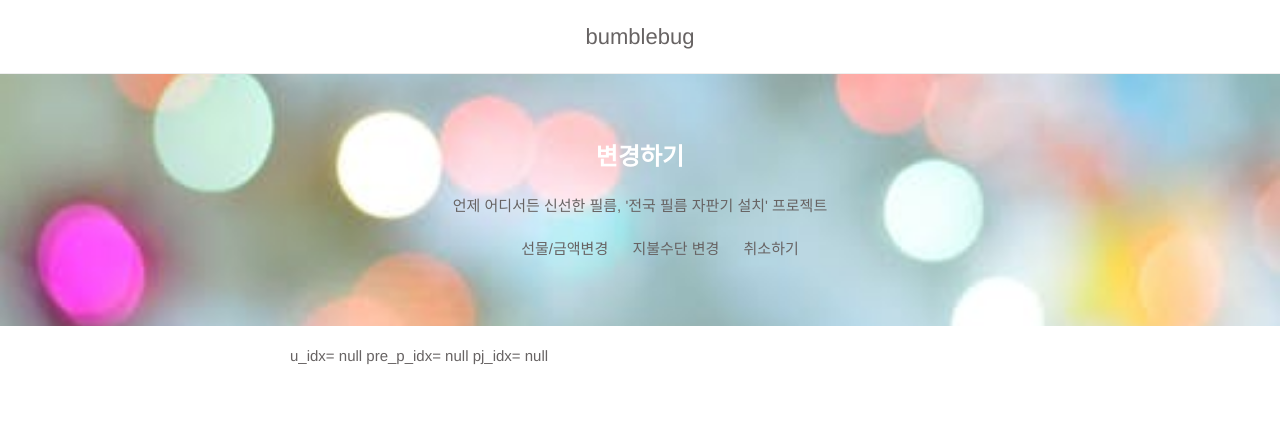
Repository: fepanbr/bumblbug
Page: http://localhost/WebProject/Mypage/changeItem.jsp
An editor plug-in stored every save of this project. The page is shown before and after the next save, followed by the edit.
The browser window is 1280 px wide. The pictures show the whole page.
The page is served by Tomcat 9. Queries for data that is not in the repository find no rows.

Above is the page before, as saved 2019-06-01 06:11:36.

After the next save:
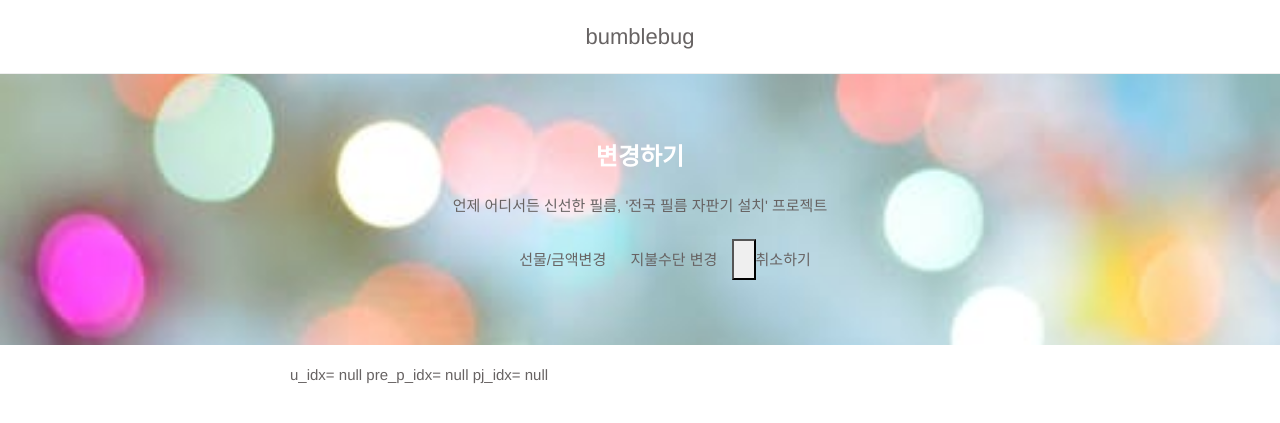
Saved 3 h 23 min later.
--- a/WebProject/WebContent/Mypage/changeItem.jsp
+++ b/WebProject/WebContent/Mypage/changeItem.jsp
@@ -113,7 +113,7 @@
                     <a href="#" class="b-menu-item">지불수단 변경</a>
                 </li>
                 <li>
-                    <a href="#" class="b-menu-item">취소하기</a>
+                    <input type="button" onClick="" class="b-menu-item">취소하기</a>
                 </li>
             </ul>
 
